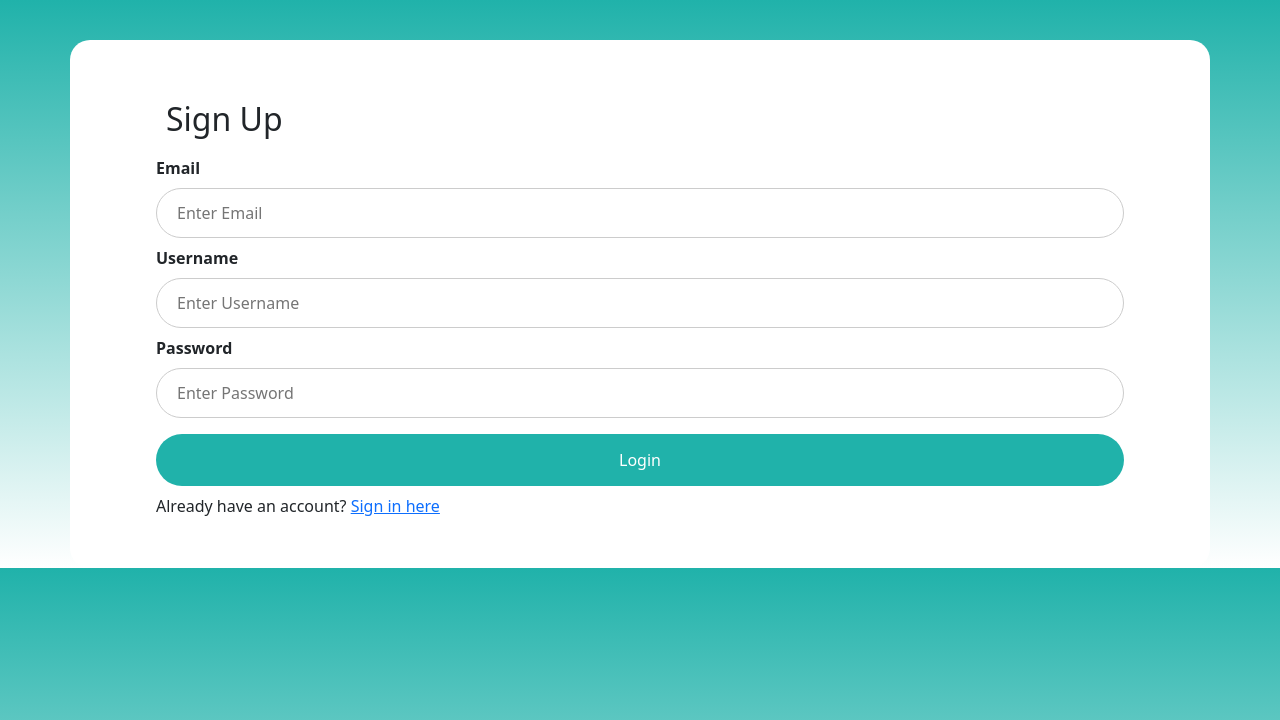
Repository: Sadia-Naveed-Shaikh/JavaScript-Website
Page: SignUp.html
These files come from the project's save history. The page is drawn as it stood at one moment and after the next save; the edit follows.
The browser window is 1280 px wide. The pictures show the whole page.

Above is the page before, as saved 2021-10-27 15:30:37.

After the next save:
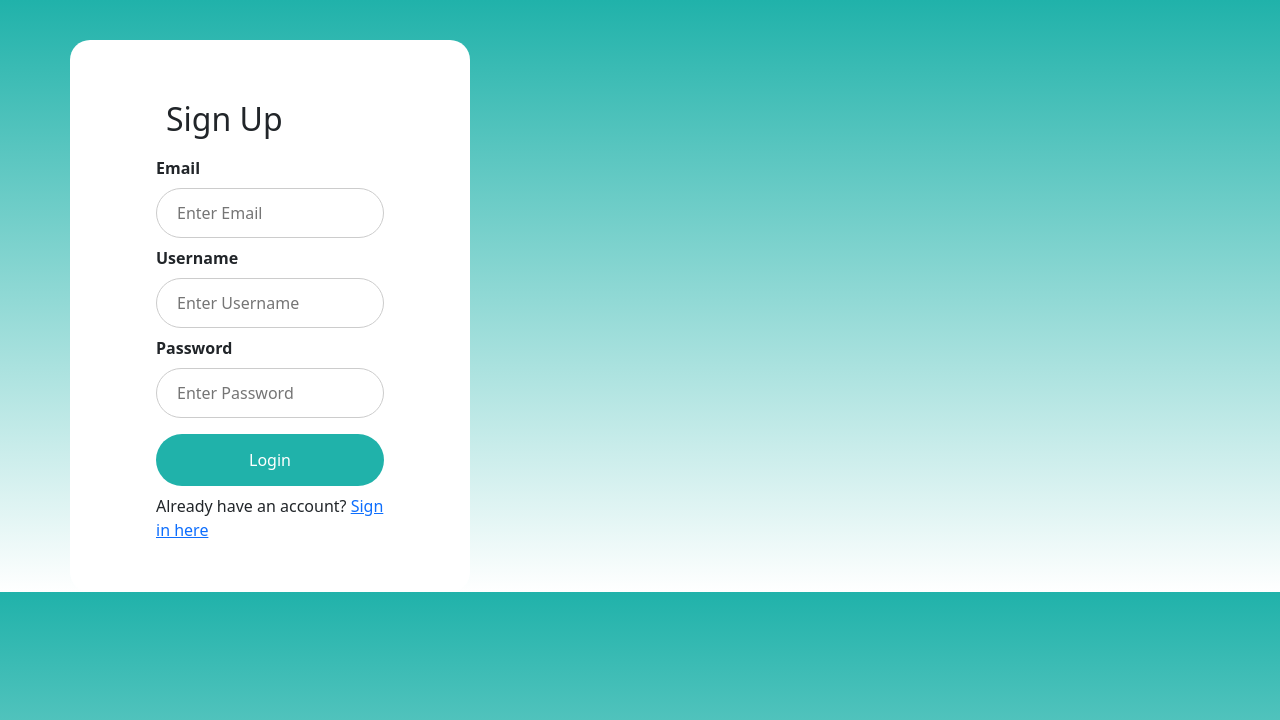
Saved 23 s later.
--- a/SignUp.html
+++ b/SignUp.html
@@ -70,7 +70,7 @@
 
 <body>
     <div class="container">
-        <div class="row">
+        <div class="row" style="width: 400px;">
             <div class="col-sm">
                 <form action="/action_page.php" method="post">
                     <div class="container">
